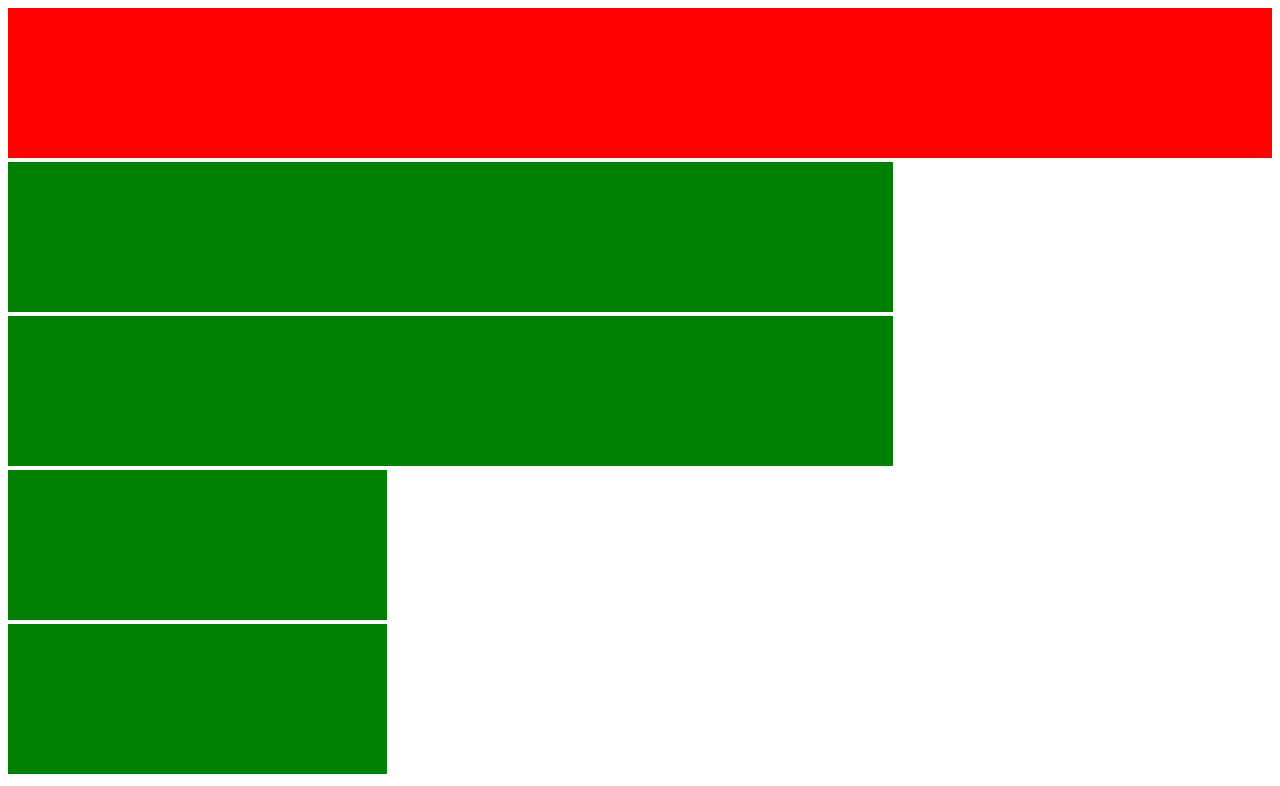
Repository: Tan-Khang21/TH_TKW--Buoi_03
Page: BT_tren_lop/Bai_3/Frame7/frame77.html
The author's editor kept a copy of each file at every save. The page is drawn from the files as they stood at one save, then again after the next save.
The browser window is 1280 px wide. The pictures show the whole page.

Above is the page before, as saved 2024-03-04 19:00:31.

### BT_tren_lop/Bai_3/Frame7/frame77.html
<!DOCTYPE html>
<html lang="en">
<head>
    <meta charset="UTF-8">
    <meta name="viewport" content="width=device-width, initial-scale=1.0">
    <title>Document</title>
</head>
<body>
    <iframe src="Row1.html" frameborder="0" height="20%" width="100%"></iframe>
    <div style="height: 80%; width: 70%;">
        <iframe src="Row2Col1Row1.html" frameborder="0" height="50%" width="100%"></iframe>
        <iframe src="Row2Col1Row1.html" frameborder="0" height="50%" width="100%"></iframe>
    </div>
    <div style="height: 80%; width: 30%;">
        <iframe src="Row2Col1Row1.html" frameborder="0" height="30%" width="100%"></iframe>
        <iframe src="Row2Col1Row1.html" frameborder="0" height="70%" width="100%"></iframe>
    </div>
</body>
</html>

### BT_tren_lop/Bai_3/Frame7/Row1.html
<!DOCTYPE html>
<html lang="en">
<head>
    <meta charset="UTF-8">
    <meta name="viewport" content="width=device-width, initial-scale=1.0">
    <title>Document</title>
</head>
<body style="background-color: red;">

</body>
</html>

### BT_tren_lop/Bai_3/Frame7/Row2Col1Row1.html
   <!DOCTYPE html>
<html lang="en">
<head>
    <meta charset="UTF-8">
    <meta name="viewport" content="width=device-width, initial-scale=1.0">
    <title>Document</title>
</head>
<body style="background-color:green;">

</body>
</html>

### BT_tren_lop/Bai_3/Frame7/Row2Col1Row2.html
   <!DOCTYPE html>
<html lang="en">
<head>
    <meta charset="UTF-8">
    <meta name="viewport" content="width=device-width, initial-scale=1.0">
    <title>Document</title>
</head>
<body style="background-color:green;">

</body>
</html>

### BT_tren_lop/Bai_3/Frame7/Row2Col2Row1.html

    <!DOCTYPE html>
<html lang="en">
<head>
    <meta charset="UTF-8">
    <meta name="viewport" content="width=device-width, initial-scale=1.0">
    <title>Document</title>
</head>
<body style="background-color: yellow;">
</body>
</html>

### BT_tren_lop/Bai_3/Frame7/Row2Col2Row2.html

    <!DOCTYPE html>
<html lang="en">
<head>
    <meta charset="UTF-8">
    <meta name="viewport" content="width=device-width, initial-scale=1.0">
    <title>Document</title>
</head>
<body style="background-color: yellow;">

</body>
</html>

After the next save:
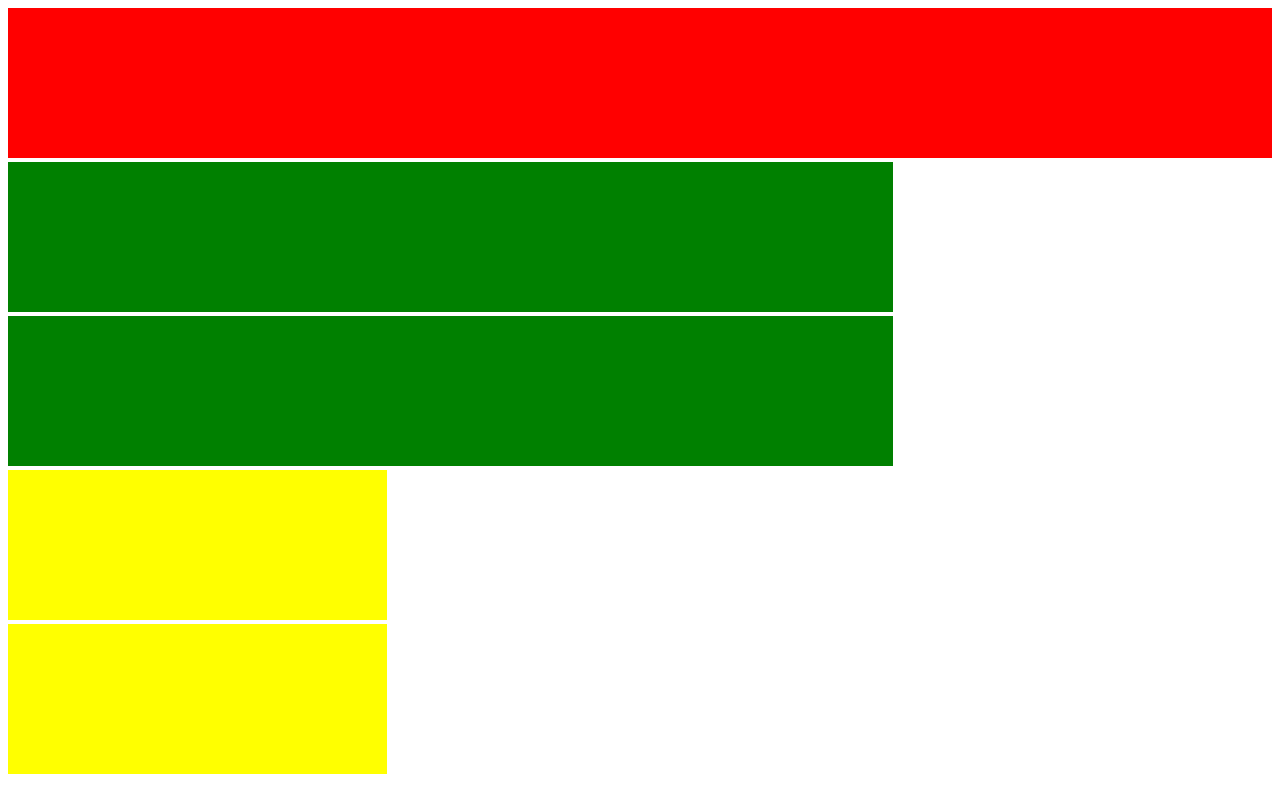
Saved 18 s later.
--- a/BT_tren_lop/Bai_3/Frame7/frame77.html
+++ b/BT_tren_lop/Bai_3/Frame7/frame77.html
@@ -9,11 +9,11 @@
     <iframe src="Row1.html" frameborder="0" height="20%" width="100%"></iframe>
     <div style="height: 80%; width: 70%;">
         <iframe src="Row2Col1Row1.html" frameborder="0" height="50%" width="100%"></iframe>
-        <iframe src="Row2Col1Row1.html" frameborder="0" height="50%" width="100%"></iframe>
+        <iframe src="Row2Col1Row2.html" frameborder="0" height="50%" width="100%"></iframe>
     </div>
     <div style="height: 80%; width: 30%;">
-        <iframe src="Row2Col1Row1.html" frameborder="0" height="30%" width="100%"></iframe>
-        <iframe src="Row2Col1Row1.html" frameborder="0" height="70%" width="100%"></iframe>
+        <iframe src="Row2Col2Row1.html" frameborder="0" height="30%" width="100%"></iframe>
+        <iframe src="Row2Col2Row2.html" frameborder="0" height="70%" width="100%"></iframe>
     </div>
 </body>
 </html>
